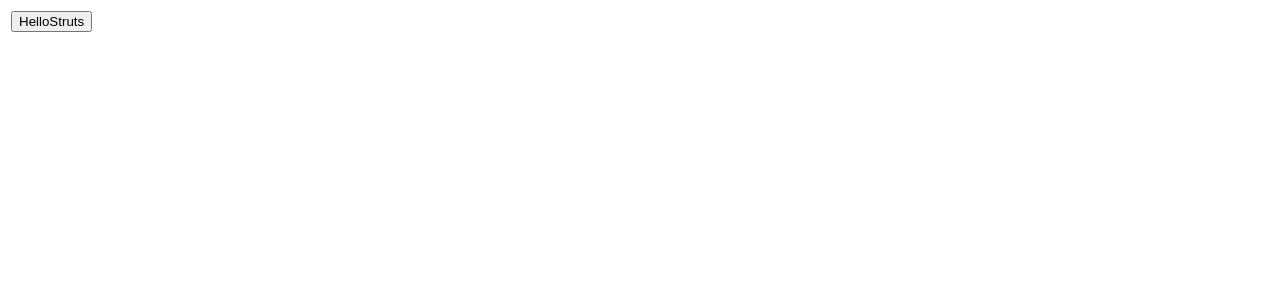
Repository: hirose0320/test
Page: http://localhost/WebProj3/
The author's editor kept a copy of each file at every save. The page is drawn from the files as they stood at one save, then again after the next save.
The browser window is 1280 px wide. The pictures show the whole page.
The page is served by Tomcat 9. Other server files are loaded and not shown.

Above is the page before, as saved 2019-02-21 04:05:06.

### WebProj3/WebContent/index.jsp
<%@ page language="java" contentType="text/html; charset=UTF-8"
    pageEncoding="UTF-8"%>
           <%@ taglib prefix="s" uri="/struts-tags"%>
<!DOCTYPE html PUBLIC "-//W3C//DTD HTML 4.01 Transitional//EN" "http://www.w3.org/TR/html4/loose.dtd">
<html>
<head>
<meta http-equiv="Content-Type" content="text/html; charset=UTF-8">
<title>INDEX</title>
</head>
<body>
<s:form action="HelloStrutsAction">
		<s:submit value="HelloStruts" />
	</s:form>
</body>
</html>

After the next save:
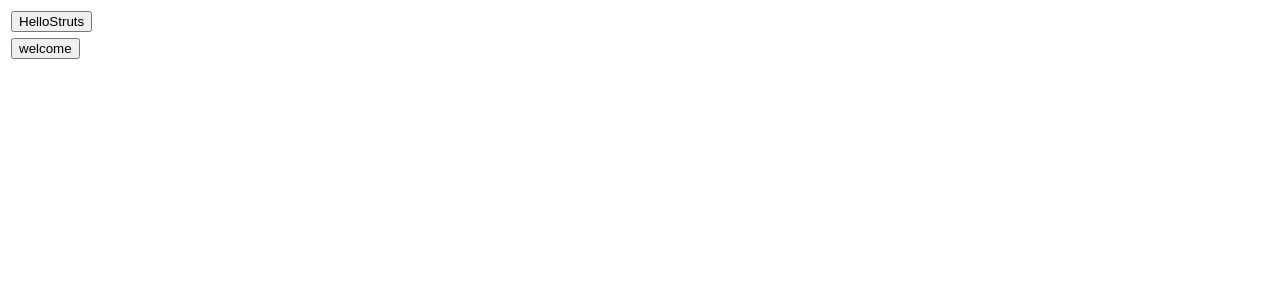
Saved 14 min 1 s later.
--- a/WebProj3/WebContent/index.jsp
+++ b/WebProj3/WebContent/index.jsp
@@ -11,5 +11,8 @@
 <s:form action="HelloStrutsAction">
 		<s:submit value="HelloStruts" />
 	</s:form>
+	<s:form action="WelcomeAction">
+		<s:submit value="welcome" />
+	</s:form>
 </body>
 </html>
